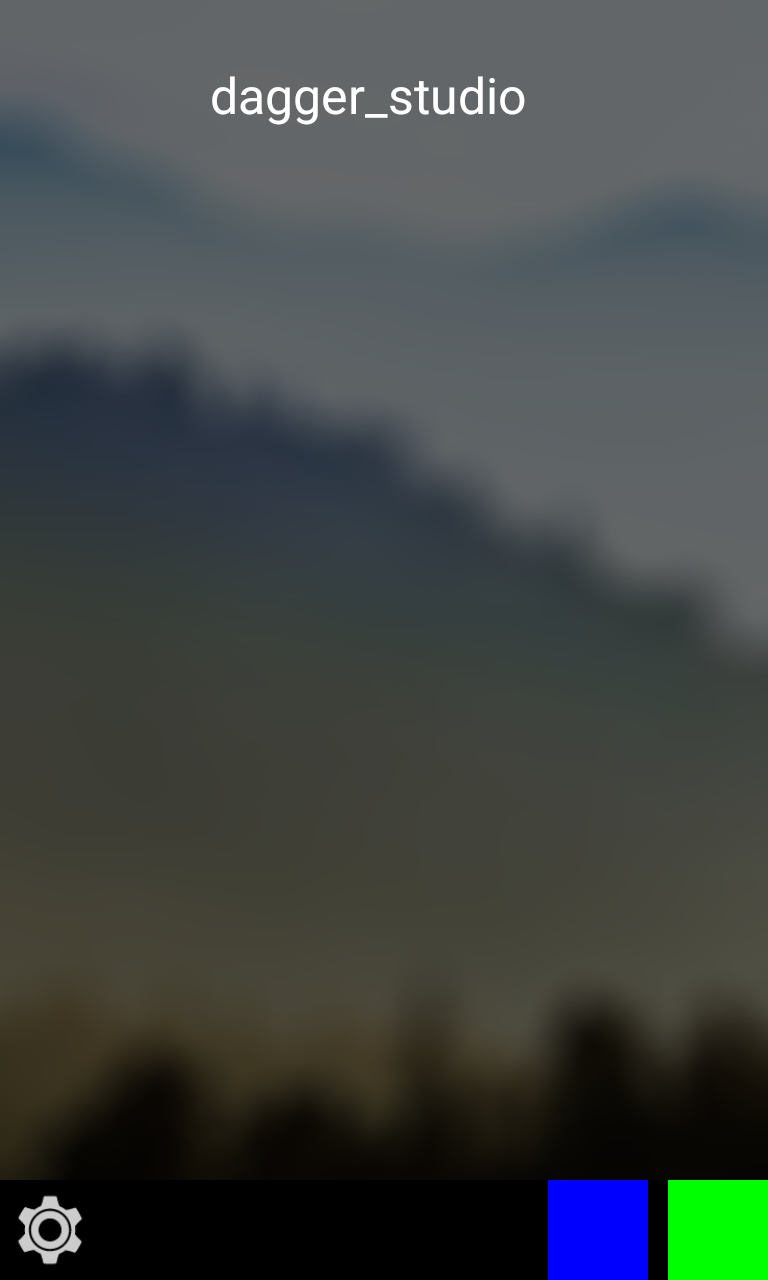
Repository: zhaoguoquan94/Purified
Layout: Android/Purified/res/layout/activity_main_drawer.xml
The author's editor kept a copy of each file at every save. The layout is drawn from the files as they stood at one save, then again after the next save.
It is drawn on a 768 x 1280 px phone screen (xhdpi) without system bars, with theme android:Theme; the app's code is not run. Lists and similar views that code fills are empty.

Above is the layout before, as saved 2014-07-03 08:52:12.

### Android/Purified/res/layout/activity_main_drawer.xml
<?xml version="1.0" encoding="utf-8"?>
<LinearLayout xmlns:android="http://schemas.android.com/apk/res/android"
    android:layout_width="match_parent"
    android:layout_height="match_parent"
    android:background="@drawable/drawer_back"
    android:orientation="vertical" >

    <LinearLayout
        android:id="@+id/drawer_header"
        android:layout_width="match_parent"
        android:layout_height="95dp"
        android:layout_gravity="center"
        android:orientation="horizontal" >

        <ImageView
            android:id="@+id/avatar_drawer"
            android:layout_width="75dp"
            android:layout_height="75dp"
            android:layout_margin="10dp"
            />

        <TextView
            android:id="@+id/username_drawer"
            android:layout_width="wrap_content"
            android:layout_height="wrap_content"
            android:layout_gravity="center"
            android:layout_marginLeft="10dp"
            android:text="dagger_studio"
            android:textColor="#FFFFFF"
            android:textSize="25sp" />
    </LinearLayout>


    <ListView
        android:id="@+id/listview_drawer"
        android:layout_width="match_parent"
        android:layout_height="match_parent"
        android:layout_weight="0.44"
        >
    </ListView>
    <!-- 中部滚动目录 -->

    <RelativeLayout
        android:layout_width="match_parent"
        android:layout_height="50dp"
        android:background="#000000"
        android:id="@+id/bottomBar_drawer"
		>

        <Button
            android:id="@+id/settingButton_drawer"
            android:layout_width="50dp"
            android:layout_height="50dp"
            android:layout_gravity="left"
            android:background="@drawable/ic_action_settings" />

        <Button
            android:id="@+id/refreshButton_drawer"
            android:layout_width="50dp"
            android:layout_height="50dp"
			android:layout_alignParentTop="true"
            android:layout_toLeftOf="@+id/searchButton_drawer"
            android:layout_marginRight="10dp"
            android:background="#0000FF" />

        <Button
            android:id="@+id/searchButton_drawer"
            android:layout_width="50dp"
            android:layout_height="50dp"
			android:layout_alignParentRight="true"
            android:layout_alignParentTop="true"
            android:background="#00FF00" />

    </RelativeLayout>
    <!-- 底部控制元件横栏 -->

</LinearLayout>

After the next save:
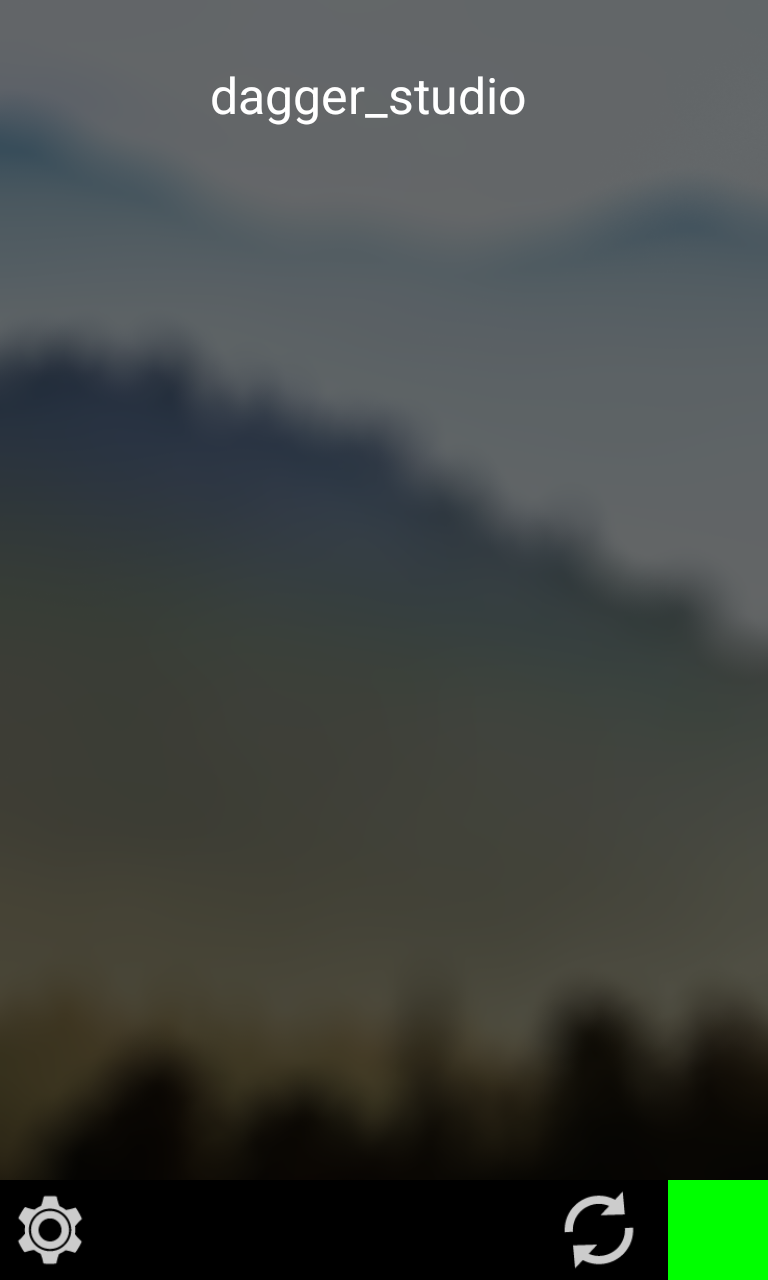
Saved 2 min 30 s later.
--- a/Android/Purified/res/layout/activity_main_drawer.xml
+++ b/Android/Purified/res/layout/activity_main_drawer.xml
@@ -61,7 +61,7 @@
 			android:layout_alignParentTop="true"
             android:layout_toLeftOf="@+id/searchButton_drawer"
             android:layout_marginRight="10dp"
-            android:background="#0000FF" />
+            android:background="@drawable/ic_action_refresh" />
 
         <Button
             android:id="@+id/searchButton_drawer"
